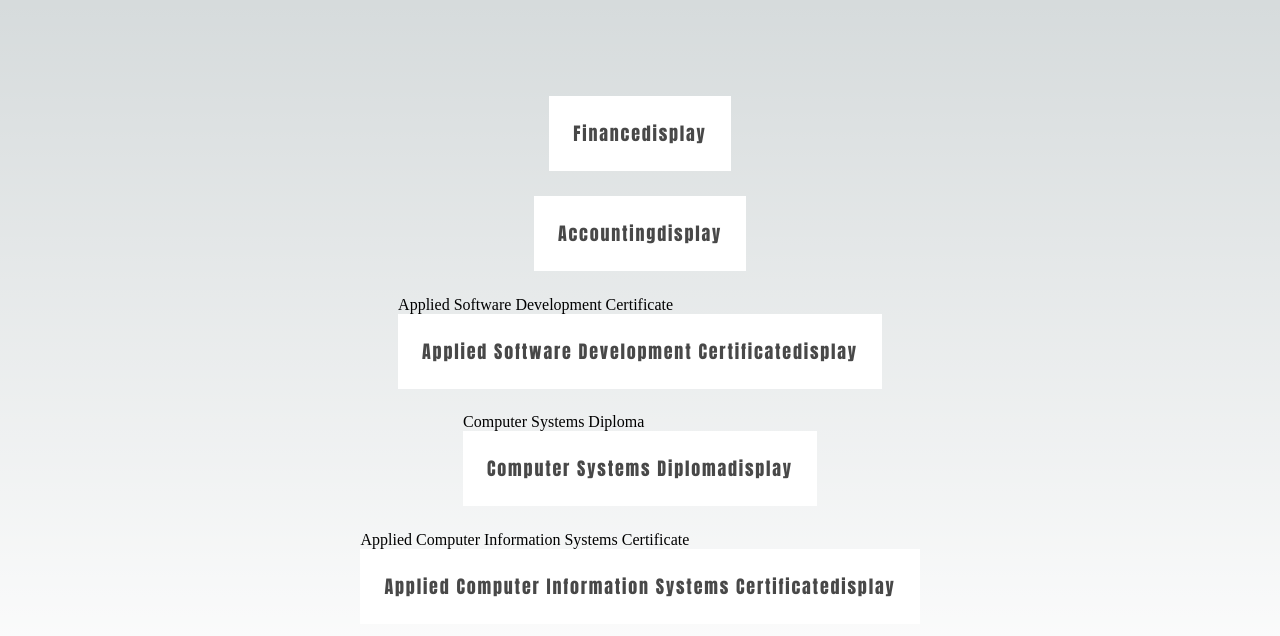
Repository: giovanabirck/class03-vercel-test
Page: /
The author's editor kept a copy of each file at every save. The page is drawn from the files as they stood at one save, then again after a run of saves.
The browser window is 1280 px wide. The pictures show the whole page.
The project was rebuilt for these pictures with package versions that can differ from the ones it lists, and the page was loaded fresh each time. The framework's server and built-in components were replaced by stand-ins that run in the browser. Also part of the build but not shown: next.config.js.

Above is the page before, as saved 2023-01-24 21:15:31.

### pages/index.js
import Head from 'next/head'
import Image from 'next/image'
import { Inter } from '@next/font/google'
import styles from '../styles/Home.module.css'
import data from '../data/education.json'
import { useState } from 'react'
import Card from '../components/Card'
import Link from 'next/link'
import Menu from '../components/Menu'

const inter = Inter({ subsets: ['latin'] })

export default function Home() {

  console.log(data);
  const [information, setInformation] = useState([...data]);


  return (
    <>
      <Head>
        <title>Programs</title>
        <meta name="description" content="Generated by create next app" />
        <meta name="viewport" content="width=device-width, initial-scale=1" />
        <link rel="icon" href="/favicon.ico" />
        <Menu/>
      </Head>
      <main className={styles.main}>

        {
          information && information.map((info, index) => {
            if(info.department === "Business") {
              return(
                <div key={index}>

                  <Card key={index} degree={info.degree} color="red" font="10px"/>
                </div>
              )
            }
          })
        }

        {
          information && information.map((info, index) => {
            if(info.department === "Computing") {
              return(
                <div key={index}>
                  {info.degree}
                  <Card key={index} degree={info.degree} color="blue" font="50px"/>
                </div>
              )
            }
          })
        }
      </main>

    </>
  )
}

### data/education.json
[
    {
        "studentNumber": "A0004567",
        "firstName": "Person 1",
        "gpa": 3.8,
        "department": "Business",
        "degree": "Finance",
        "graduted": 2014
    },
    {
        "studentNumber": "A0001234",
        "firstName": "Person 2",
        "gpa": 3.5,
        "department": "Business",
        "degree": "Accounting",
        "graduted": 2010
    },
    {
        "studentNumber": "A0007890",
        "firstName": "Person 3",
        "gpa": 3.2,
        "department": "Computing",
        "degree": "Applied Software Development Certificate",
        "graduted": 2018
    },
    {
        "studentNumber": "A0007828",
        "firstName": "Person 4",
        "gpa": 3.9,
        "department": "Computing",
        "degree": "Computer Systems Diploma",
        "graduted": 2021
    },
    {
        "studentNumber": "A0003425",
        "firstName": "Person 5",
        "gpa": 3.2,
        "department": "Computing",
        "degree": "Applied Computer Information Systems Certificate",
        "graduted": 2021
    }
]

### components/Card/index.js

export default function Card({
    degree      =   'none',
    department  =   'display'
}) {

    return(
        <div style={{
            backgroundColor: "white",
            padding: "24px",
            fontFamily: "Impact",
            color: "#484848",
            fontSize: "18px",
            letterSpacing: "0.1em",
            display: "flex",
        }}>
            {degree}
            {department}

        </div>
    )
}

### components/Menu/index.js

export default function Menu() {
    return(
        <>
        <div style={{
            display: "flex",
        }}>
            <div className="lateral-menu" style={{
                backgroundColor: 'white',
                width: "20%",
                innerHeight: "500px",
                padding: "40px 40px 350px 24px",
                fontFamily: "Arial",
                fontWeight: "bold",
                color: "#A8A8A8",
                }}>

                <h1 style={{
                    fontFamily: "Impact",
                    fontSize: "40px",
                    color: "#5F7AF2",
                    padding: "16px 16px 56px 16px",
                }}>Future
                    <br></br>
                    University
                </h1>

                <br></br>

                <a className="a-employees" href="about" style={{padding:"16px"}}>Employees</a>

                <br></br>

                <p className="p-programs" style={{padding:"48px 16px 16px 16px", color: "#5F7AF2"}}>Programs</p>

                <br></br>

                <p style={{padding:"16px"}}>Lorem ipsum</p>

                <br></br>

                <p style={{padding:"16px"}}>Lorem ipsum</p>

                <br></br>

                <p style={{padding:"16px"}}>Lorem ipsum</p>
            </div>
            <div>
                <div className="top-menu" style={{
                    backgroundColor: "white",
                    width: "200%",
                    display: "flex",
                    height: "96px",
                    alignItems: "center",
                    justifyContent: "space-between",
                }}>
                    <input placeholder="search" style={{
                        fontFamily: "Arial",
                        fontSize: "14px",
                        color: "#5F7AF2",
                        padding: "16px",
                        border: "solid 2px #5F7AF2",
                        borderRadius: "8px",
                        width: "400px",
                        margin: "24px"
                    }}>
                    </input>
                    <h2 style={{
                        fontFamily: "Arial",
                        fontWeight: "bold",
                        fontSize: "16px",
                        color: "#5F7AF2",
                        padding: "16px 40px 16px 16px"
                        }}>Profile Name</h2>
                </div>
                <div id="main-div" style={{
                    backgroundColor: "#EAEBF1",
                    width: "200%",
                    height: "89%"
                }}>
                </div>
            </div>
        </div>
        </>
    )
}

Loaded but not shown: pages/_app.js (common file); pages/_document.js (common file); styles/globals.css (common file); styles/Home.module.css (common file)

After the next 8 saves:
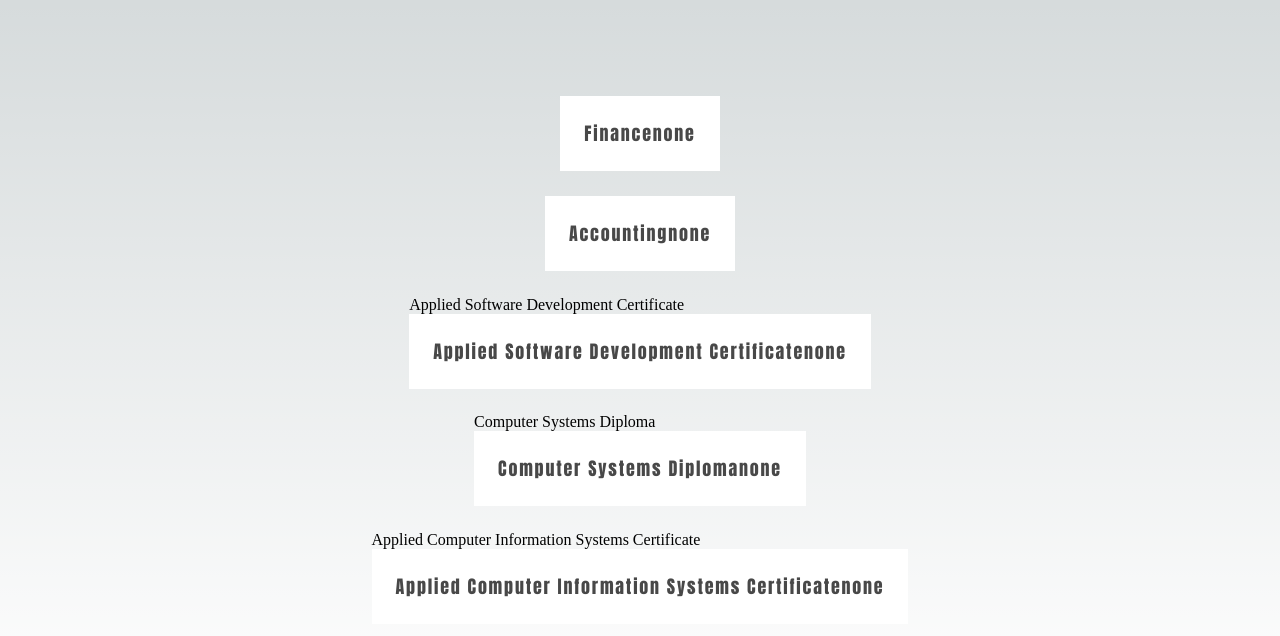
The 8 saves are shown as one change because 3 did not build or start and some came seconds apart.
The last was saved 47 s later.
--- a/components/Card/index.js
+++ b/components/Card/index.js
@@ -1,7 +1,7 @@
 
 export default function Card({
     degree      =   'none',
-    department  =   'display'
+    department  =   'none'
 }) {
 
     return(
@@ -16,7 +16,6 @@ export default function Card({
         }}>
             {degree}
             {department}
-
         </div>
     )
 }
